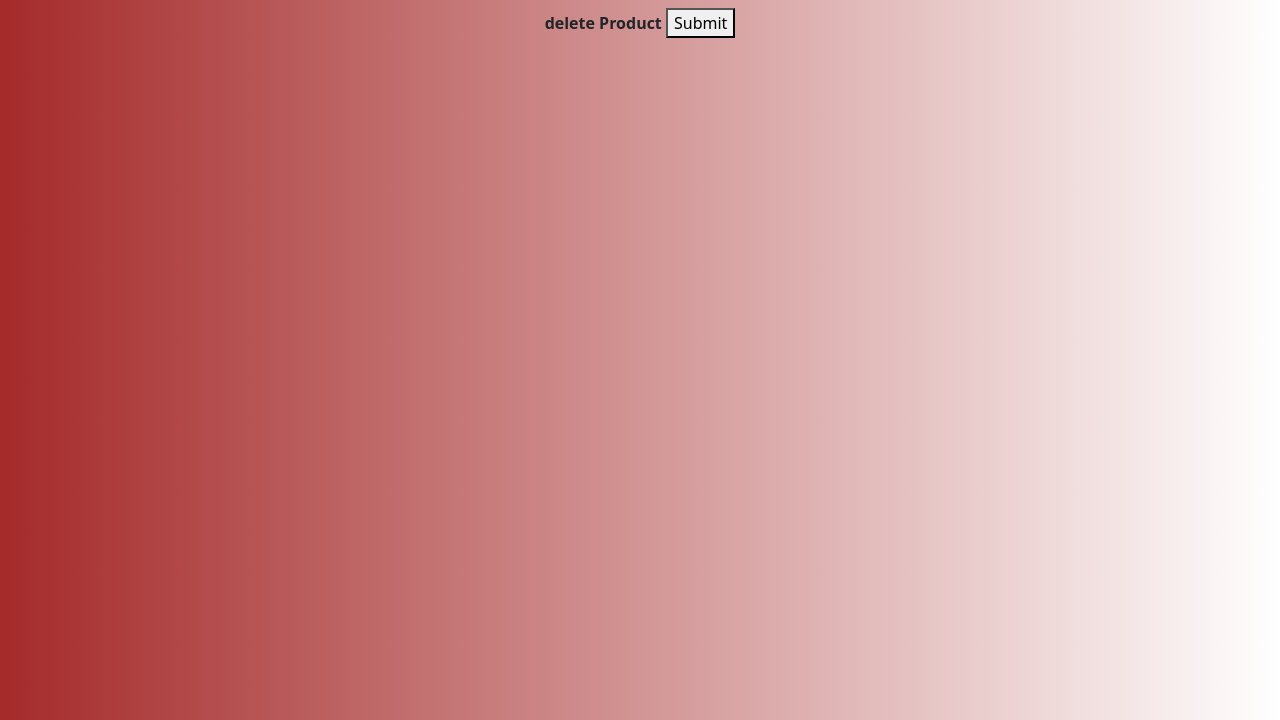
Repository: selvakumar46/Project-Maven
Page: http://localhost/ProjectKFC/Delete.jsp
These files come from the project's save history. The page is drawn as it stood at one moment and after the next save; the edit follows.
The browser window is 1280 px wide. The pictures show the whole page.
The page is served by Tomcat 9. Nobody is signed in. The application's start-up code is not run. Other server files are loaded and not shown.

Above is the page before, as saved 2022-01-10 11:40:24.

### ProjectKFC/src/main/webapp/Delete.jsp
<%@ page language="java" contentType="text/html; charset=ISO-8859-1"
    pageEncoding="ISO-8859-1"%>
<!DOCTYPE html>
<html>
<head>
<meta charset="ISO-8859-1">
<title>delete</title>
<link href="https://cdn.jsdelivr.net/npm/bootstrap@5.1.3/dist/css/bootstrap.min.css" rel="stylesheet">
  <script src="https://cdn.jsdelivr.net/npm/bootstrap@5.1.3/dist/js/bootstrap.bundle.min.js"></script>

<style >
body {
	background:linear-gradient(to right,brown,white);
}
.container{
	margin-top:200px;
	}
</style>
</head>
<body>
	<h1></h1>
	<center>
	<form action="">
		<b>delete Product</b>
		<button>Submit</button>
	</form>
	</center>
</body>
</html>

After the next save:
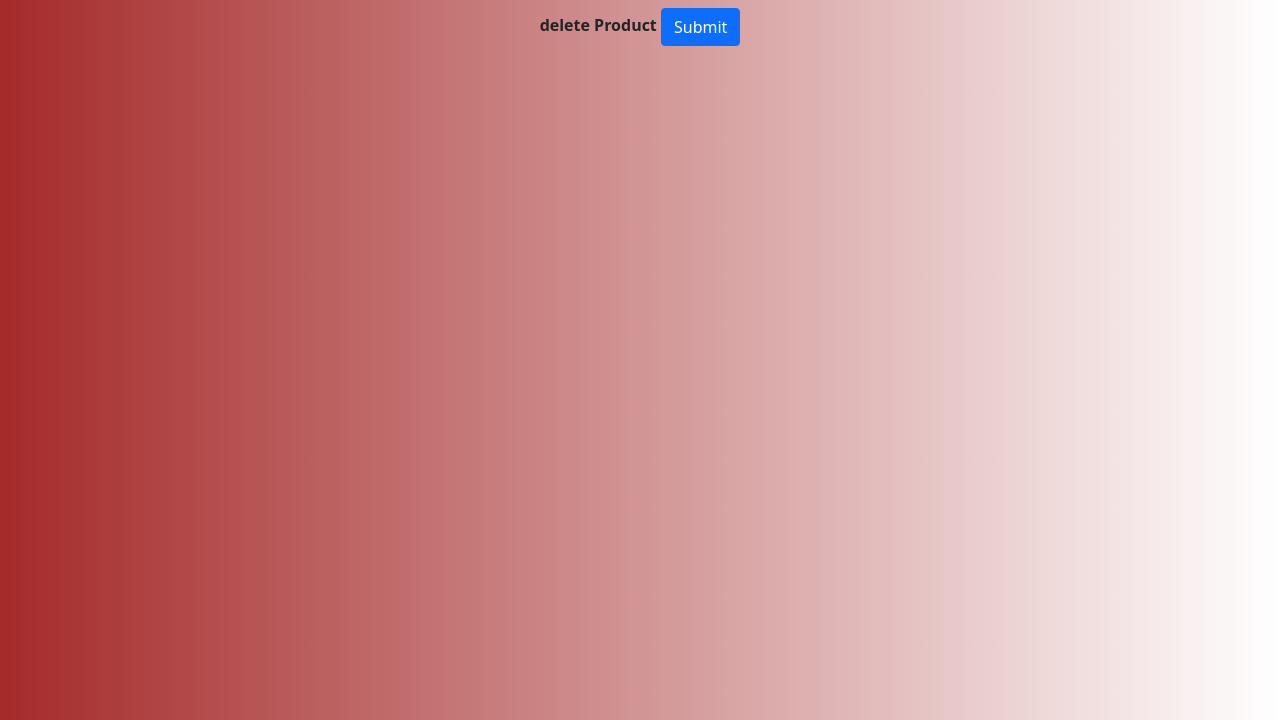
Saved 5 s later.
--- a/ProjectKFC/src/main/webapp/Delete.jsp
+++ b/ProjectKFC/src/main/webapp/Delete.jsp
@@ -22,7 +22,7 @@ body {
 	<center>
 	<form action="">
 		<b>delete Product</b>
-		<button>Submit</button>
+		<button class="btn btn-primary">Submit</button>
 	</form>
 	</center>
 </body>
